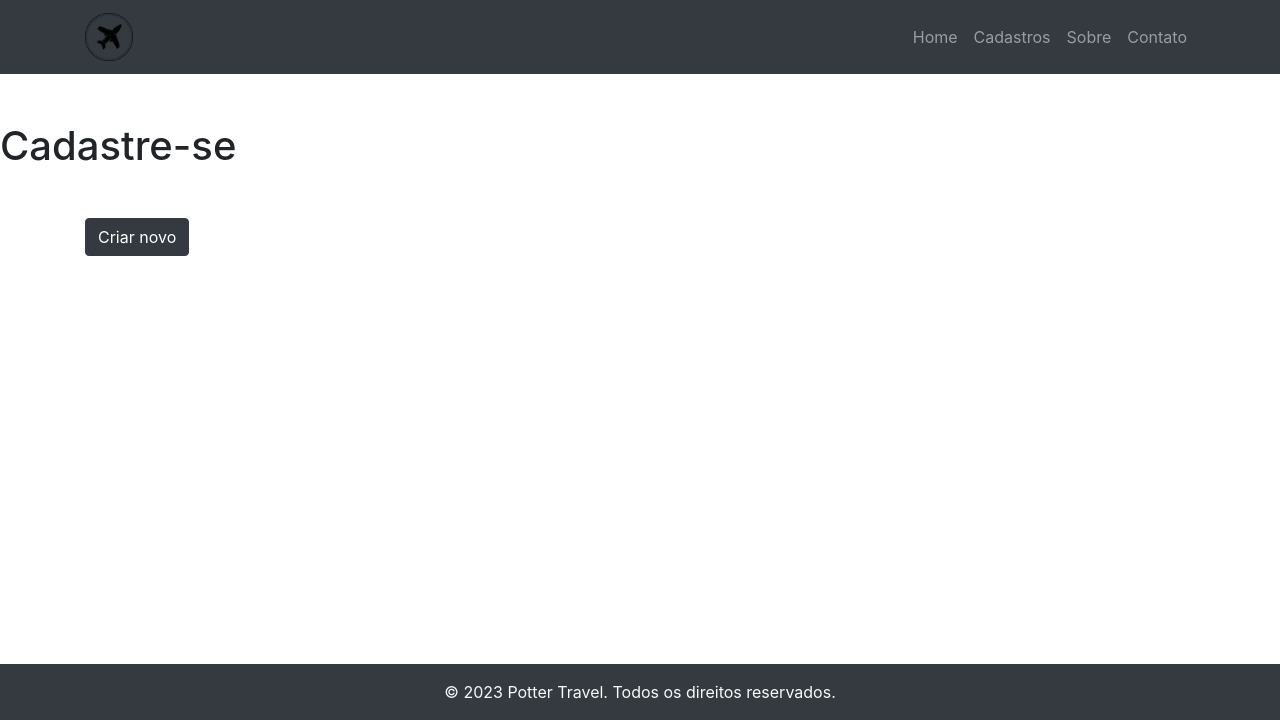
Repository: marcelledssantos/PotterTravel-MVC
Page: PotterTravel-MVC/src/main/webapp/index.html
These files come from the project's save history. The page is drawn as it stood at one moment and after the next save; the edit follows.
The browser window is 1280 px wide. The pictures show the whole page.
Some web libraries are served in a nearby version.

Above is the page before, as saved 2023-11-02 18:01:58.

### PotterTravel-MVC/src/main/webapp/index.html
<!DOCTYPE html>
<html lang="pt-br">
<head>
    <meta charset="UTF-8">
    <meta name="viewport" content="width=device-width, initial-scale=1.0">
    <title>Home</title>
    <!-- Inclua o link para o Bootstrap via CDN -->
    <link rel="icon" type="image/x-icon" href="./icon/favicon.ico">
    <link rel="stylesheet" href="https://maxcdn.bootstrapcdn.com/bootstrap/4.5.2/css/bootstrap.min.css">
</head>
<body>
    <!-- Cabeçalho -->
    <header>
        <nav class="navbar navbar-expand-lg navbar-dark  bg-dark text-light">
            <div class="container">
                <a class="navbar-brand" href="#"><img src="./Icon/aviao.png"/ height="48px"></a>
                <button class="navbar-toggler" type="button" data-toggle="collapse" data-target="#navbarNav" aria-controls="navbarNav" aria-expanded="false" aria-label="Toggle navigation">
                    <span class="navbar-toggler-icon"></span>
                </button>
                <div class="collapse navbar-collapse" id="navbarNav">
                    <ul class="navbar-nav ml-auto">
                        <li class="nav-item">
                            <a class="nav-link" href="#">Home</a>
                        </li>
                        <li class="nav-item">
                            <a class="nav-link" href="ReadController">Cadastros</a>
                        </li>
                        <li class="nav-item">
                            <a class="nav-link" href="#sobre">Sobre</a>
                        </li>
                        <li class="nav-item">
                            <a class="nav-link" href="#contato">Contato</a>
                        </li>
                    </ul>
                </div>
            </div>
        </nav>
    </header>

    <!-- Corpo da Página -->
   <h1 class="mt-5">Cadastre-se</h1>
	<div class="container mt-5">
	<a href="./cadastro.jsp" class="btn btn-dark mb-5">Criar novo</a>

    <!-- Rodapé -->
    <footer class="bg-dark text-light text-center py-3 fixed-bottom">
        &copy; 2023 Potter Travel. Todos os direitos reservados.
    </footer>

    <!-- Inclua os scripts do Bootstrap via CDN -->
    <script src="https://code.jquery.com/jquery-3.5.1.slim.min.js"></script>
    <script src="https://cdn.jsdelivr.net/npm/@popperjs/core@2.5.3/dist/umd/popper.min.js"></script>
    <script src="https://maxcdn.bootstrapcdn.com/bootstrap/4.5.2/js/bootstrap.min.js"></script>
</body>
</html>

After the next save:
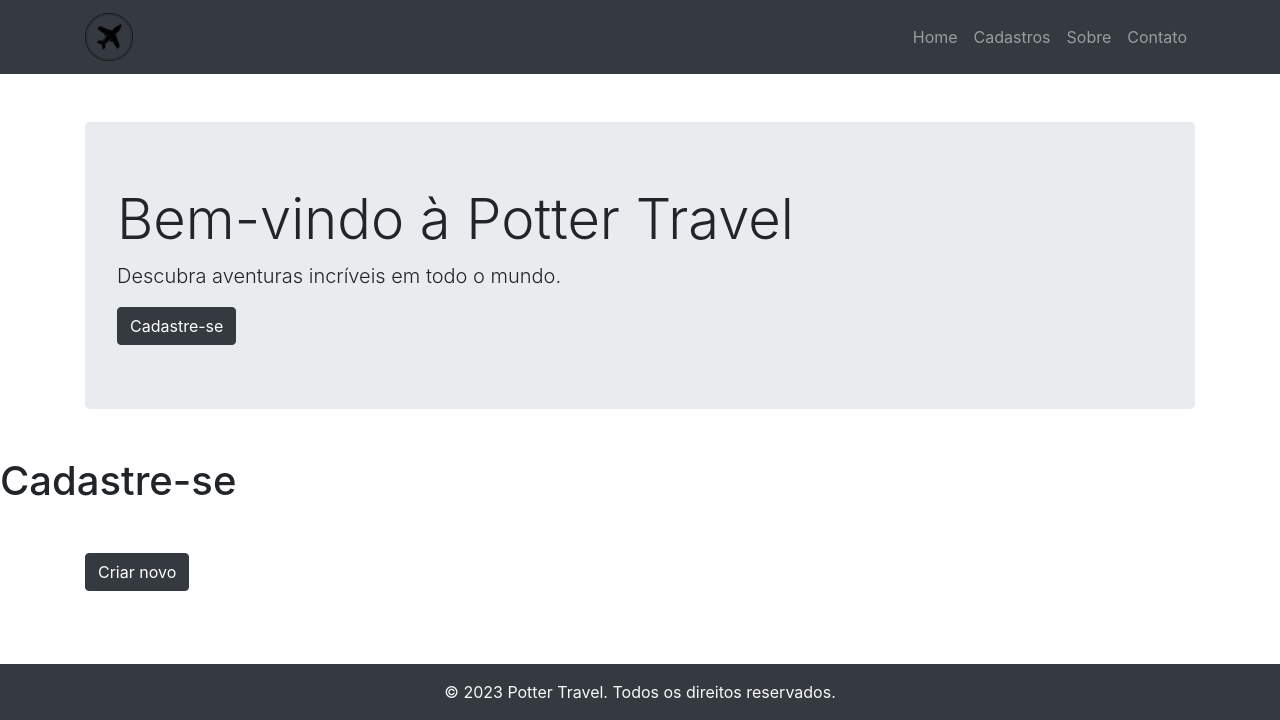
Saved 2 min 10 s later.
--- a/PotterTravel-MVC/src/main/webapp/index.html
+++ b/PotterTravel-MVC/src/main/webapp/index.html
@@ -38,6 +38,14 @@
     </header>
 
     <!-- Corpo da Página -->
+     <div class="container mt-5">
+        <div class="jumbotron">
+            <h1 class="display-4">Bem-vindo à Potter Travel</h1>
+            <p class="lead">Descubra aventuras incríveis em todo o mundo.</p>
+            <a class="btn btn-primary btn- btn-dark" href="./cadastro.jsp" role="button">Cadastre-se</a>
+        </div>
+    </div>
+
    <h1 class="mt-5">Cadastre-se</h1>
 	<div class="container mt-5">
 	<a href="./cadastro.jsp" class="btn btn-dark mb-5">Criar novo</a>
